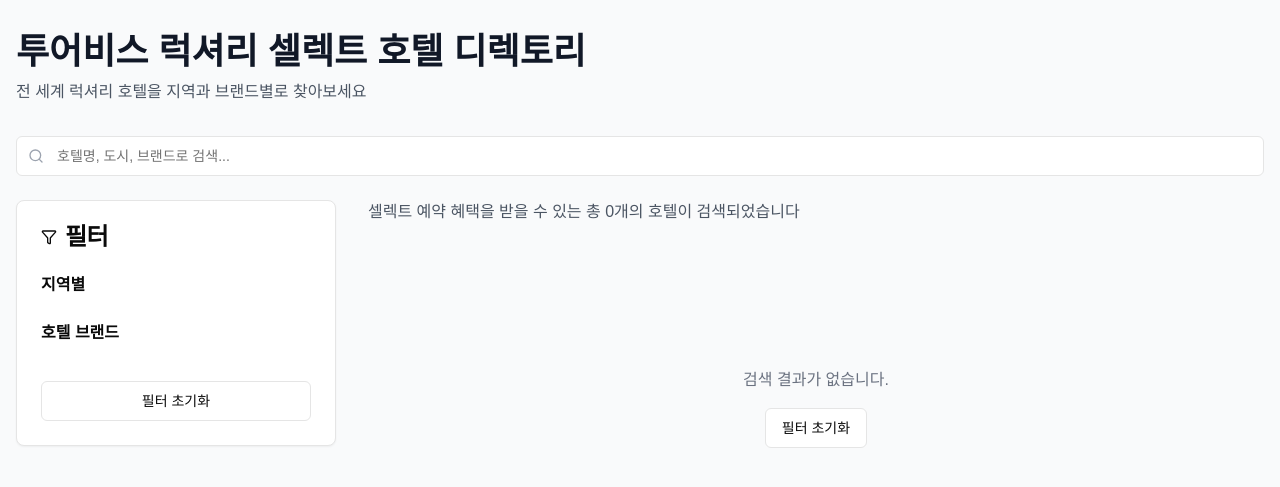
Repository: Dev-Expertise-TS/select-hotel-list2
Page: /
An editor plug-in stored every save of this project. The page is shown before and after a run of saves, followed by the edit.
The browser window is 1280 px wide. The pictures show the whole page.
The page's requests for data from a server got no answer. The project was rebuilt for these pictures with package versions that can differ from the ones it lists, and the page was loaded fresh each time. The framework's server and built-in components were replaced by stand-ins that run in the browser. No one was signed in, and anything a server would have sent is missing. Also part of the build but not shown: next.config.mjs, src/components/ui/badge.tsx, src/components/ui/checkbox.tsx, src/components/ui/label.tsx.

Above is the page before, as saved 2025-06-16 22:53:01.

After the next 2 saves:
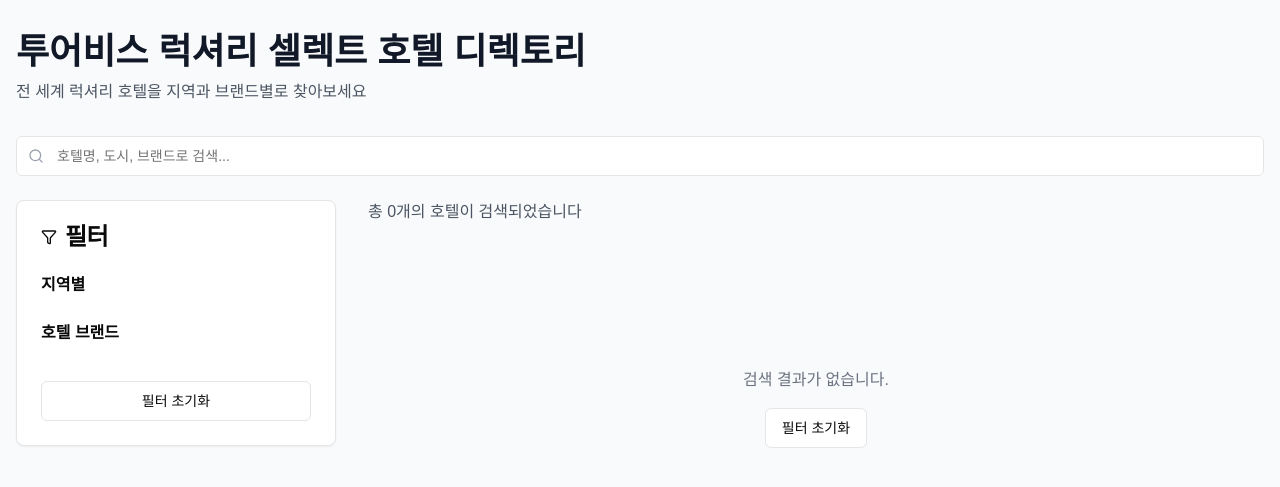
The 2 saves are shown as one change because they came seconds apart.
The last was saved 28 s later.
--- a/app/page.tsx
+++ b/app/page.tsx
@@ -358,13 +358,6 @@ export default function HotelDirectory() {
       minRating: 0,
     });
     setCurrentPage(1);
-  };
-
-  const handleHotelClick = (hotel: Hotel) => {
-    const url = `https://ai.luxury-select.co.kr/info?hotel=${encodeURIComponent(
-      hotel.nameEng
-    )}&id=${encodeURIComponent(hotel.paragonId)}`;
-    window.open(url, "_blank");
   };
 
   const FilterContent = () => (
@@ -507,8 +500,7 @@ export default function HotelDirectory() {
             {/* Results Summary */}
             <div className="mb-6">
               <p className="text-gray-600">
-                셀렉트 예약 혜택을 받을 수 있는 총 {filteredHotels.length}개의
-                호텔이 검색되었습니다
+                총 {filteredHotels.length}개의 호텔이 검색되었습니다
                 {filters.regions.length > 0 && (
                   <span className="ml-2">
                     지역:{" "}
@@ -550,7 +542,16 @@ export default function HotelDirectory() {
                 {/* Hotel Grid */}
                 <div className="grid grid-cols-2 sm:grid-cols-2 lg:grid-cols-3 xl:grid-cols-4 gap-4 sm:gap-6 mb-8">
                   {paginatedHotels.map((hotel) => (
-                    <div key={hotel.id} className="group cursor-pointer">
+                    <div
+                      key={hotel.id}
+                      className="group cursor-pointer"
+                      onClick={() => {
+                        const url = `https://ai.luxury-select.co.kr/info?hotel=${encodeURIComponent(
+                          hotel.nameEng
+                        )}&id=${encodeURIComponent(hotel.paragonId)}`;
+                        window.open(url, "_blank");
+                      }}
+                    >
                       <div className="relative mb-3">
                         <div className="relative aspect-square rounded-xl overflow-hidden">
                           <Image
